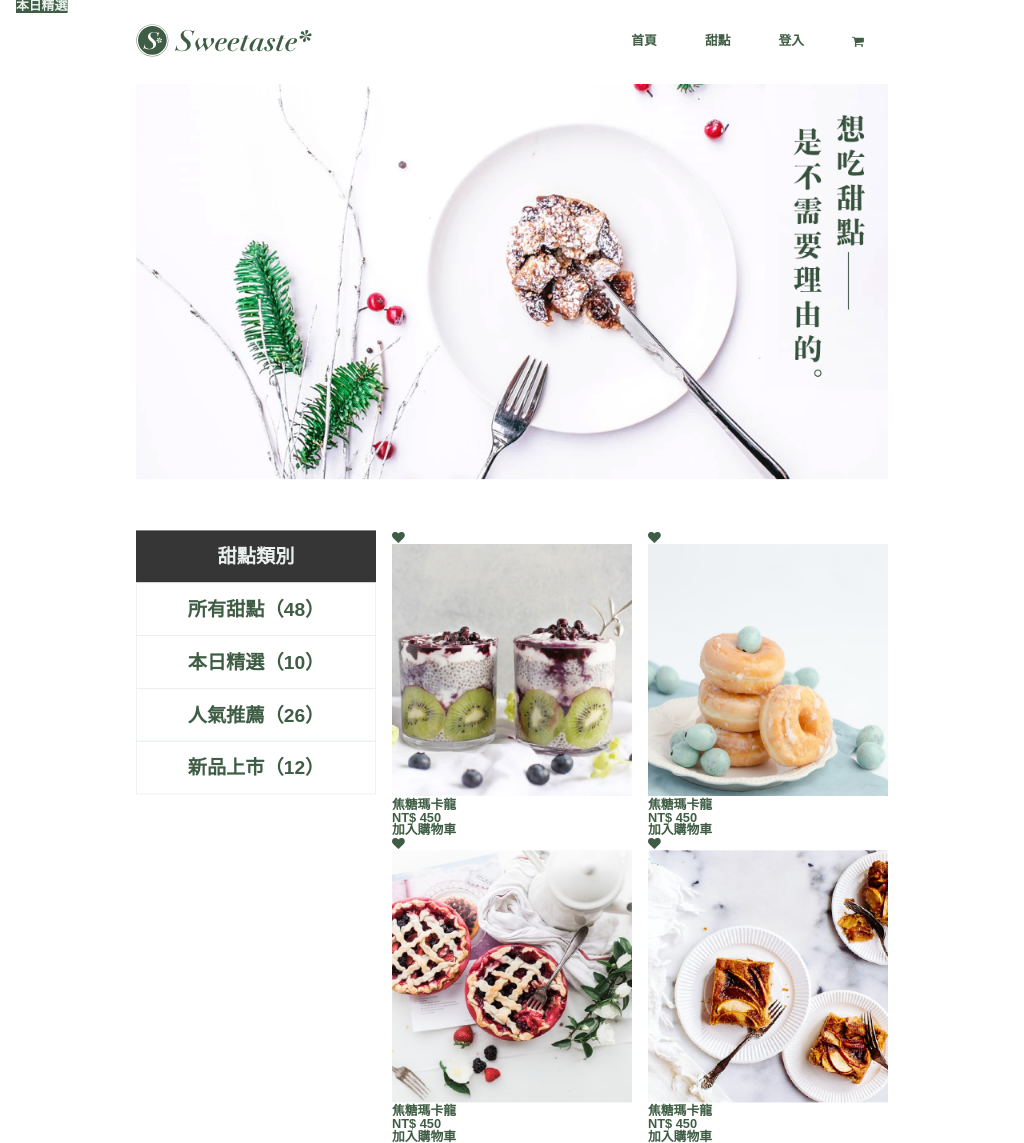
Repository: michelle61219/Sweets
Page: index.html
An editor plug-in stored every save of this project. The page is shown before and after the next save, followed by the edit.
The browser window is 1280 px wide. The pictures show the whole page, at 80% of full size.

Above is the page before, as saved 2021-06-13 15:27:19.

### index.html
<!DOCTYPE html>
<html lang="en">
	<head>
		<meta charset="UTF-8" />
		<meta http-equiv="X-UA-Compatible" content="IE=edge" />
		<meta name="viewport" content="width=device-width, initial-scale=1.0" />
		<link rel="stylesheet" href="style.css" />
		<link
			rel="stylesheet"
			href="https://cdnjs.cloudflare.com/ajax/libs/font-awesome/4.7.0/css/font-awesome.min.css"
		/>
		<title>甜點電商</title>
	</head>
	<body>
		<header></header>
		<div class="header container">
			<h1>
				<a href="#">
					<img
						width="220"
						height="40"
						src="images/logo-all-dark.svg"
						alt="logo"
					/>
				</a>
			</h1>
			<nav>
				<ul class="menu">
					<li><a href="#">首頁</a></li>
					<li><a href="#">甜點</a></li>
					<li><a href="#">登入</a></li>
					<li>
						<a href="#">
							<i class="fa fa-shopping-cart"></i>
						</a>
					</li>
				</ul>
			</nav>
		</div>
		<div class="banner container">
			<img src="images/banner.png" alt="banner" />
		</div>
		<div class="main container">
			<div class="aside">
				<h2>甜點類別</h2>
				<ul>
					<li><a href="#">所有甜點（48）</a></li>
					<li><a href="#">本日精選（10）</a></li>
					<li><a href="#">人氣推薦（26）</a></li>
					<li><a href="#">新品上市（12）</a></li>
				</ul>
			</div>
			<div class="productList">
				<ul class="productList-card">
					<li>
						<div class="tag">本日精選</div>
						<i class="fa fa-heart heart"></i>
						<img src="images/p-1.png" alt="p1" />
						<div class="productList-card-body">
							<h2>焦糖瑪卡龍</h2>
							<span>NT$ 450</span>
						</div>
						<a href="#" class="cart">加入購物車</a>
					</li>
					<li>
						<div class="tag">本日精選</div>
						<i class="fa fa-heart heart"></i>
						<img src="images/p-2.png" alt="p1" />
						<div class="productList-card-body">
							<h2>焦糖瑪卡龍</h2>
							<span>NT$ 450</span>
						</div>
						<a href="#" class="cart">加入購物車</a>
					</li>
					<li>
						<div class="tag">本日精選</div>
						<i class="fa fa-heart heart"></i>
						<img src="images/p-3.png" alt="p1" />
						<div class="productList-card-body">
							<h2>焦糖瑪卡龍</h2>
							<span>NT$ 450</span>
						</div>
						<a href="#" class="cart">加入購物車</a>
					</li>
					<li>
						<div class="tag">本日精選</div>
						<i class="fa fa-heart heart"></i>
						<img src="images/p-4.png" alt="p1" />
						<div class="productList-card-body">
							<h2>焦糖瑪卡龍</h2>
							<span>NT$ 450</span>
						</div>
						<a href="#" class="cart">加入購物車</a>
					</li>
				</ul>
			</div>
		</div>
	</body>
</html>

### style.css
/* http://meyerweb.com/eric/tools/css/reset/
   v2.0 | 20110126
   License: none (public domain)
*/

html,
body,
div,
span,
applet,
object,
iframe,
h1,
h2,
h3,
h4,
h5,
h6,
p,
blockquote,
pre,
a,
abbr,
acronym,
address,
big,
cite,
code,
del,
dfn,
em,
img,
ins,
kbd,
q,
s,
samp,
small,
strike,
strong,
sub,
sup,
tt,
var,
b,
u,
i,
center,
dl,
dt,
dd,
ol,
ul,
li,
fieldset,
form,
label,
legend,
table,
caption,
tbody,
tfoot,
thead,
tr,
th,
td,
article,
aside,
canvas,
details,
embed,
figure,
figcaption,
footer,
header,
hgroup,
menu,
nav,
output,
ruby,
section,
summary,
time,
mark,
audio,
video {
	margin: 0;
	padding: 0;
	border: 0;
	font-size: 100%;
	font: inherit;
	vertical-align: baseline;
}
/* HTML5 display-role reset for older browsers */
article,
aside,
details,
figcaption,
figure,
footer,
header,
hgroup,
menu,
nav,
section {
	display: block;
}
body {
	line-height: 1;
}
ol,
ul {
	list-style: none;
}
blockquote,
q {
	quotes: none;
}
blockquote:before,
blockquote:after,
q:before,
q:after {
	content: '';
	content: none;
}
table {
	border-collapse: collapse;
	border-spacing: 0;
}
img {
	max-width: 100%;
	height: auto;
}

/* ---CSS Starts from Here--- */

body {
	color: #3f5d45;
	font-family: Arial, Helvetica, sans-serif;
	font-weight: bold;
}

a {
	color: #3f5d45;
	text-decoration: none;
}

.container {
	width: 940px; /* based on main image */
	margin: 0 auto;
}

.header {
	display: flex;
	justify-content: space-between;
	align-items: center;
	padding-top: 30px;
	padding-bottom: 30px;
}

.menu {
	display: flex;
}

.menu a {
	padding: 10px 30px 8px 30px;
}

.menu a:hover {
	background: #3f5d45;
	color: white;
}

.banner {
	margin-bottom: 60px;
}

.main {
	display: flex;
	justify-content: space-between;
}

/* based on banner's width */
.aside {
	width: 300px;
}

.aside h2 {
	background: #363636;
	color: #eaf0ed;
	text-align: center;
	font-size: 24px;
	line-height: 65px;
}

.aside li {
	/* Avoid overlaying border lines between each list */
	margin-bottom: -1px;
}
.aside a {
	font-size: 24px;
	text-align: center;
	display: block;
	line-height: 65px;
	border: 1px solid #eaf0ed;
}
.aside a:hover {
	background: #eaf0ed;
}

.productList {
	width: 620px;
}
.productList-card {
	display: flex;
	flex-wrap: wrap;
	justify-content: space-between;
}
.productList-card li {
	width: 300px;
}

.productList-card .tag {
	position: absolute;
	left: 20px;
	top: 0px;
	background: #3f5d45;
	color: #eaf0ed;
}

After the next save:
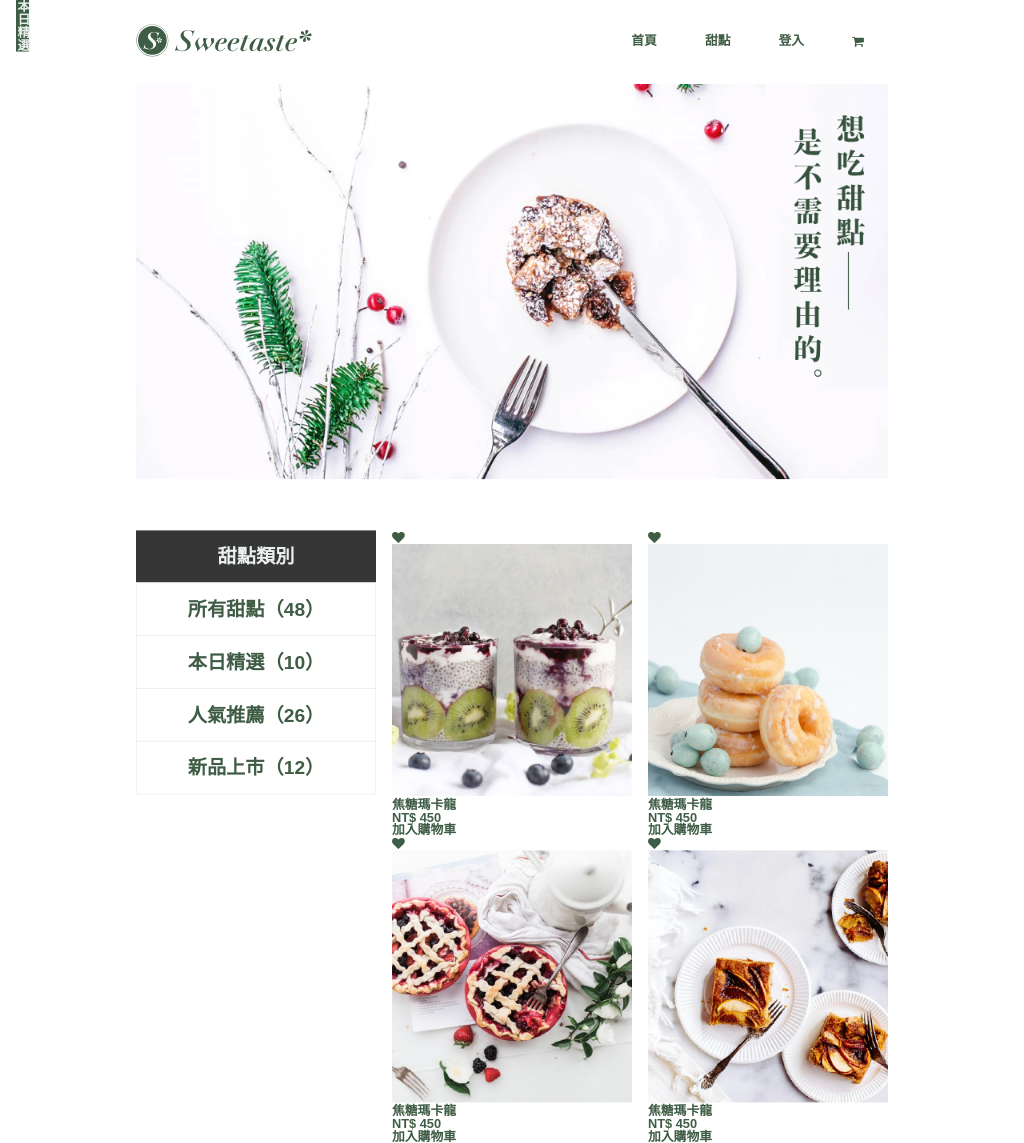
Saved 16 s later.
--- a/style.css
+++ b/style.css
@@ -224,6 +224,7 @@ a {
 	position: absolute;
 	left: 20px;
 	top: 0px;
+	writing-mode: vertical-lr;
 	background: #3f5d45;
 	color: #eaf0ed;
 }
